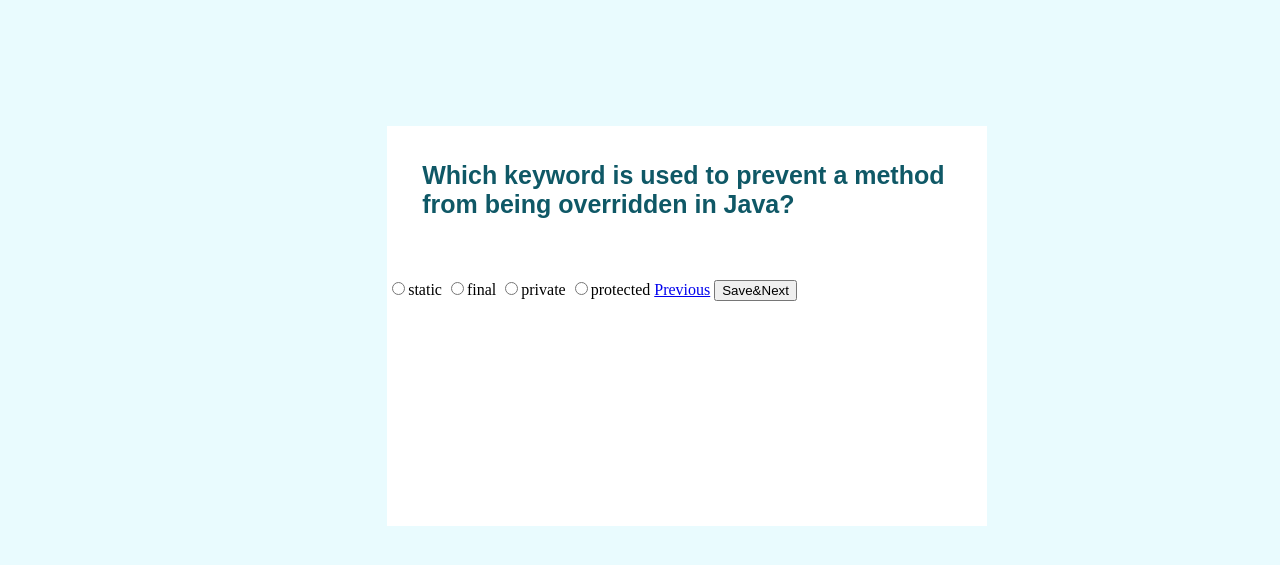
Repository: Rupali-8062Chourasiya5279/Internship_Task_Rupali
Page: Programming Language/quiz/QuizApp/src/main/webapp/Fifth.html
An editor plug-in stored every save of this project. The page is shown before and after the next save, followed by the edit.
The browser window is 1280 px wide. The pictures show the whole page.

Above is the page before, as saved 2025-01-24 13:55:52.

### Programming Language/quiz/QuizApp/src/main/webapp/Fifth.html
<!DOCTYPE html>
<html>
<head>
<meta charset="UTF-8">
<title>Que5</title>
<style>
body
{
background-color: #7ce0f4;
}
#div1
{
background-color: white;
height :400px ;
width : 600px;
margin-left: 30%;
margin-top: 10%;
}
 h3
 {
 padding:35px;
 font: bold;
 color: #0f5866;
 font-family: sans-serif;
 font-size: 25px;
 }
 #a{
 text-decoration: none;
 font: bold;
 color: white;
 background-color:#0f5866;
 font-family: sans-serif;
 padding:5px 10px 5px 10px;
 margin-left:50px;
 font-size: 15px;
 border-radius: 10px;
 }
 #sub
 {
 font: bold;
 color: white;
 background-color:#0f5866;
 font-family: sans-serif;
 float:right;
 padding:5px 10px 5px 10px;
 margin-right:100px;
 font-size: 15px;
 border-radius: 10px;
 }
 body
 {
 background-color: #e9fbfe;
 }
 .c1
 {
 margin-left: 50px;
 }
</style>
</head>
<body>
	<form action="Fifth">
	<div id="div1">
	<h3>Which keyword is used to prevent a method from being overridden in Java?</h3>
	<input type="radio" name="q5" value="static">static</input>
	<input type="radio" name="q5" value="final">final</input>
	<input type="radio" name="q5" value="private">private</input>
	<input type="radio" name="q5" value="protected">protected</input>
	<a href="Fourth.html">Previous</a>
	<input type="submit" value="Save&Next">
	</div>
	</form>
</body>
</html>

After the next save:
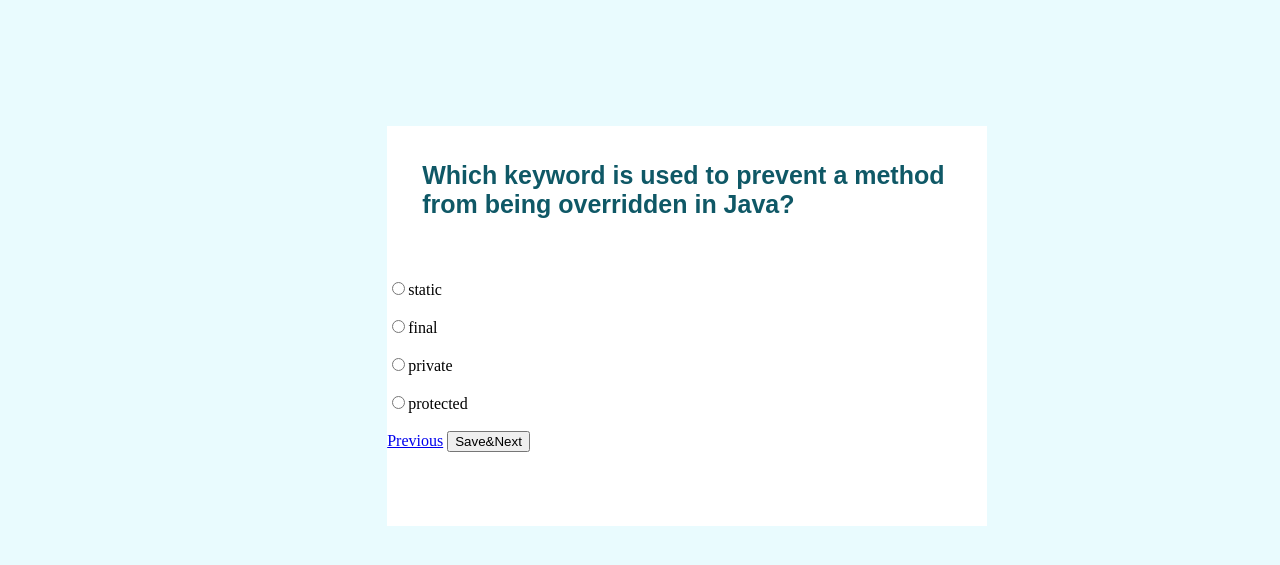
Saved 8 s later.
--- a/Programming Language/quiz/QuizApp/src/main/webapp/Fifth.html
+++ b/Programming Language/quiz/QuizApp/src/main/webapp/Fifth.html
@@ -61,10 +61,10 @@ margin-top: 10%;
 	<form action="Fifth">
 	<div id="div1">
 	<h3>Which keyword is used to prevent a method from being overridden in Java?</h3>
-	<input type="radio" name="q5" value="static">static</input>
-	<input type="radio" name="q5" value="final">final</input>
-	<input type="radio" name="q5" value="private">private</input>
-	<input type="radio" name="q5" value="protected">protected</input>
+	<input type="radio" name="q5" value="static">static</input><br><br>
+	<input type="radio" name="q5" value="final">final</input><br><br>
+	<input type="radio" name="q5" value="private">private</input><br><br>
+	<input type="radio" name="q5" value="protected">protected</input><br><br>
 	<a href="Fourth.html">Previous</a>
 	<input type="submit" value="Save&Next">
 	</div>
